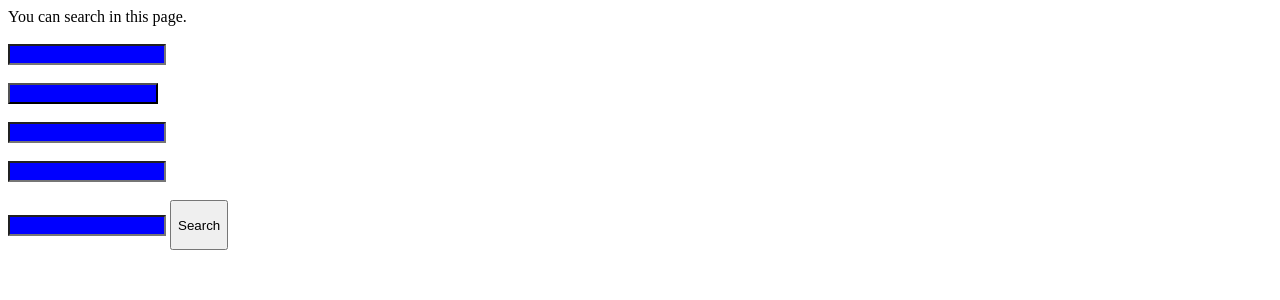
Repository: learoncero/SEProjektUebung
Page: http://localhost/HikingSoftware/search.jsp
The author's editor kept a copy of each file at every save. The page is drawn from the files as they stood at one save, then again after the next save.
The browser window is 1280 px wide. The pictures show the whole page.
The page is served by Tomcat 9.

Above is the page before, as saved 2023-10-18 08:03:48.

After the next save:
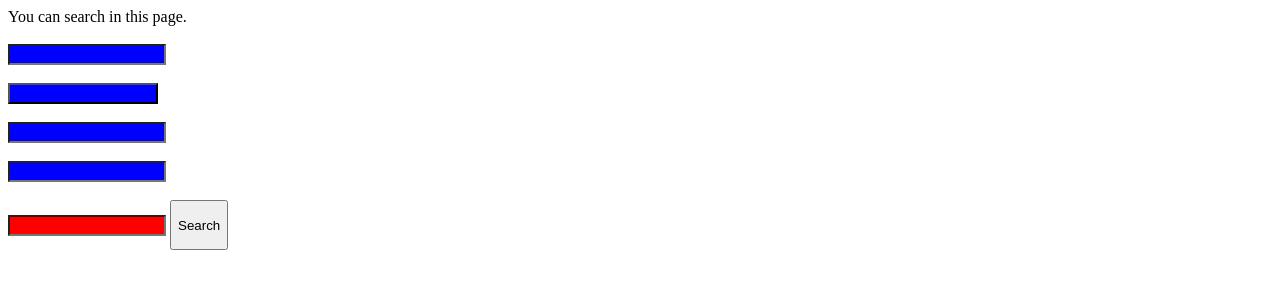
Saved 74 s later.
--- a/HikingSoftware/src/main/webapp/search.jsp
+++ b/HikingSoftware/src/main/webapp/search.jsp
@@ -17,7 +17,7 @@
 	<br/><br/>
 	<input type="email" style="width:150px;background-color:blue">
 	<br/><br/>
-	<input type="text" name="suchstring" style="width:150px;background-color:blue">
+	<input type="text" name="suchstring" style="width:150px;background-color:red">
 	<input type="button" value="Search" style="widht:100px; height:50px">
 </body>
 </html>
